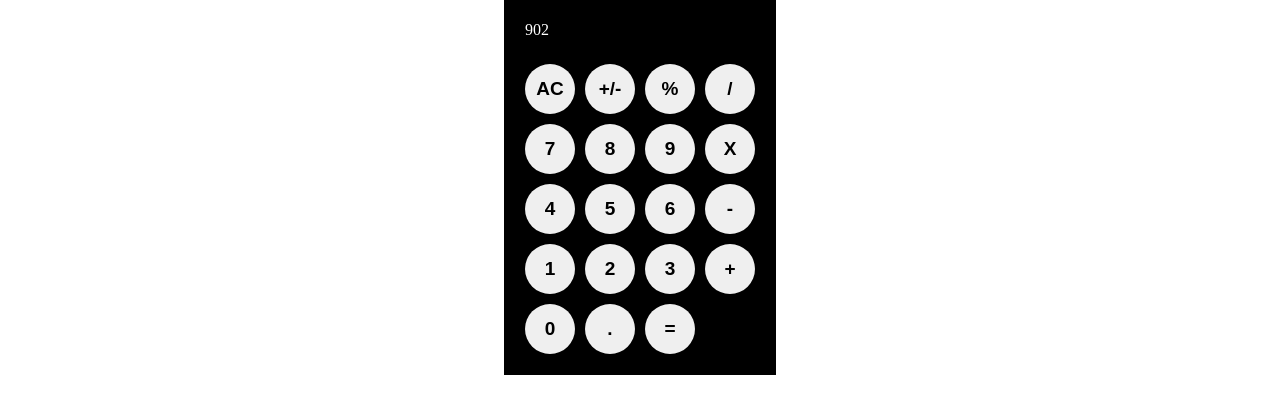
Repository: dmpelaez/calculator
Page: Calculator.html
The author's editor kept a copy of each file at every save. The page is drawn from the files as they stood at one save, then again after the next save.
The browser window is 1280 px wide. The pictures show the whole page.

Above is the page before, as saved 2025-12-15 20:00:39.

After the next save:
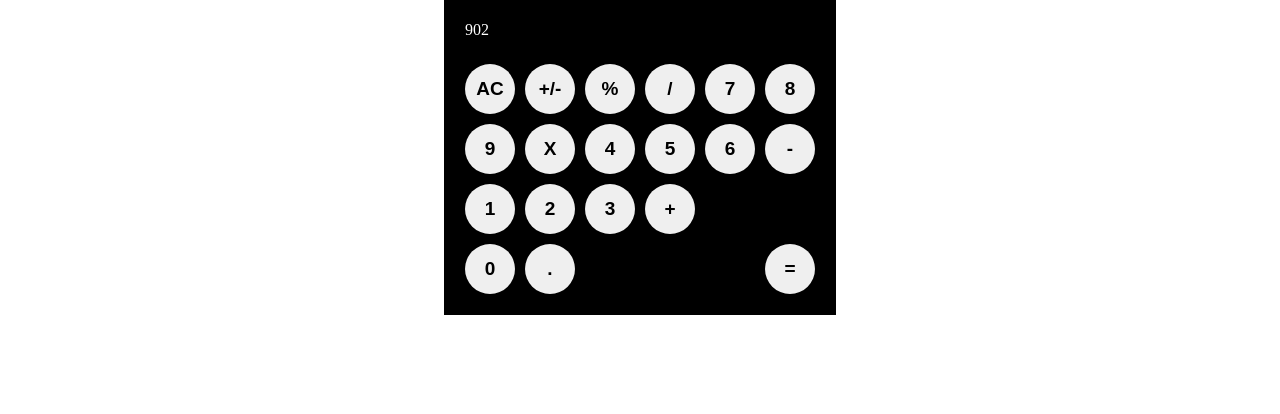
Saved 61 s later.
--- a/Calculator.css
+++ b/Calculator.css
@@ -36,6 +36,9 @@ background: black;
   font-weight: bold;
   Font-size: 19px;
 }
+.equal {
+  grid-column: 6
+}
 .zero {
   grid-column: 1
 }
